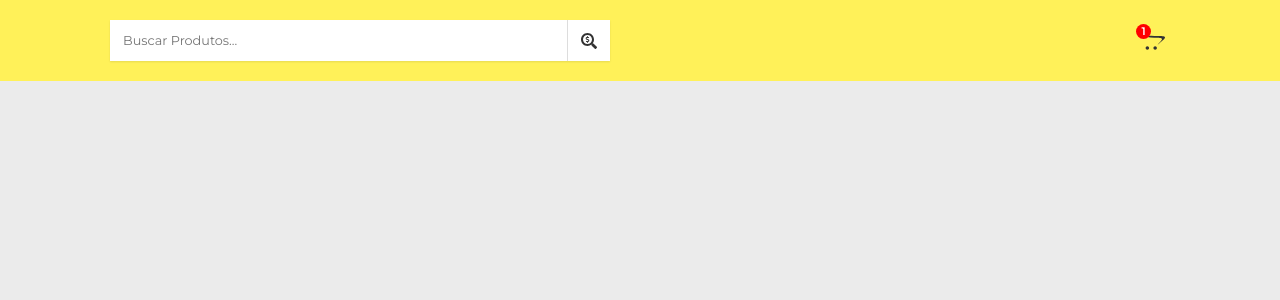
Repository: Gab23Oli/Projeto-de-Conclus-o---Shopping-Cart
Page: /
The author's editor kept a copy of each file at every save. The page is drawn from the files as they stood at one save, then again after the next save.
The browser window is 1280 px wide. The pictures show the whole page.
The page's requests for data from a server got no answer. The project was rebuilt for these pictures with package versions that can differ from the ones it lists, and the page was loaded fresh each time. No one was signed in, and anything a server would have sent is missing. Also part of the build but not shown: src/components/ProductCard/ProductCard.css, src/utils/formatCurrency.js, src/components/ProductCard/ProductCard.jsx.

Above is the page before, as saved 2024-01-26 12:30:18.

### public/index.html
<!DOCTYPE html>
<html lang="en">
  <head>
    <meta charset="utf-8" />
    <meta name="viewport" content="width=device-width, initial-scale=1" />
    <title>Shopping Cart</title>
  </head>
  <body>
    <noscript>You need to enable JavaScript to run this app.</noscript>
    <div id="root"></div>
  </body>
</html>

### src/index.css
@import url('https://fonts.googleapis.com/css2?family=Montserrat:ital,wght@0,100;0,200;0,300;0,400;0,500;0,600;0,700;0,800;0,900;1,100;1,200;1,300;1,400;1,500;1,600;1,700;1,800;1,900&display=swap');

* {
  margin: 0;
  padding: 0;
  box-sizing: border-box;
  font-family: "Montserrat", sans-serif;
}

body {
  background-color: #ebebeb ;
}

.container {
  max-width: 1100px;
  margin: 0 auto;
}

### src/App.jsx
import React from "react";
import Header from "./components/Header/Header";
import Products from "./components/Products/Products";

function App() {
  return (
    <div>
      <Header />
      <Products />
    </div>
  );
}

export default App;

### src/components/Header/Header.jsx
import React from "react";
import SearchBar from "../SearchBar/SearchBar";
import CartButton from "../CartButton/CartButton";

import "./Header.css";

function Header () {
  return (
    <header className="header">
      <div className="container">
        <SearchBar />
        <CartButton />
      </div>
    </header>
  );
}

export default Header;

### src/components/Products/Products.jsx
import React, { useState, useEffect } from "react";
import "./Products.css";
import fetchProducts from "../../api/fetchProducts";
import ProductCard from "../ProductCard/ProductCard";

function Products() {

  const [products, setProducts] = useState([]);

  useEffect(() => {
    fetchProducts("iphone").then((response) => {
      setProducts(response);
    });
  }, []);

  return (
    <section className="products container">

      {products.map((product) => <ProductCard key={product.id} data={product} />)}
    </section>

  );
}

export default Products;

### src/components/SearchBar/SearchBar.jsx
import React, { useState } from "react";
import { FaSearchDollar } from "react-icons/fa";

import "./SearchBar.css";

function SearchBar() {

  const [searchValue, setSearchValue] = useState("");

  return (
    <form className="search-bar">
      <input
        type="search"
        value={searchValue}
        placeholder="Buscar Produtos..."
        className="search__input"
        required
        onChange={({ target }) => setSearchValue(target.value) }
      />
      <button type="submit" className="search__button">
        <FaSearchDollar />
      </button>
    </form>
  );
}

export default SearchBar;

### src/components/CartButton/CartButton.jsx
import React from "react";
import { FaOpencart } from "react-icons/fa";
import "./CartButton.css";


function CartButton() {
  return (
    <button type="buttom" className="cart__button">
      <FaOpencart />
      <span className="cart-status">
        1
      </span>
    </button>
  );
}

export default CartButton;

### src/components/Header/Header.css
.header {
  background-color: #fff159;
  position: fixed;
  width: 100%;
  z-index: 1;
}

.header > div {
  display: flex;
  justify-content: space-between;
  align-items: center;
  padding: 20px;
}

### src/components/Products/Products.css
.products {
  padding: 120px 20px 50px;
  display: grid;
  grid-template-columns: repeat(auto-fill, minmax(200px, 1fr));
  gap: 20px;
}

### src/api/fetchProducts.js
const fetchProducts = async (query) => {

  const response = await fetch(`https://api.mercadolibre.com/sites/MLB/search?q=${query}`);
  const data = await response.json();

  return data.results;

};

export default fetchProducts;

### src/components/SearchBar/SearchBar.css
.search-bar {
  display: flex;
  background-color: white;
  width: 100%;
  max-width: 500px;
  justify-content: space-between;
  box-shadow: 0 1px 2px 0 rgba(0, 0, 0, 0.1);
  gap: 13px;
  padding-right: 13px;
}

.search__input {
  padding: 13px;
  flex-grow: 1;
  border:none;
  outline: none;
  font-size: 0.8rem;
  font-weight: 500px;
  border-right: 1px solid #ddd;
}

.search__button {
  background: none;
  border: none;
  font-size: 1rem;
  display: flex;
  align-items: center;
  justify-content: center;
  color:#333
}

### src/components/CartButton/CartButton.css
.cart__button {
  font-size: 1.5rem;
  display: flex;
  align-items: center;
  justify-content: center;
  padding: 5px;
  border: none;
  background: none;
  cursor: pointer;
  position: relative;
  margin-left: 28px;
  color: #333;
}

.cart-status {
  background: red;
  width: 15px;
  height: 15px;
  position: absolute;
  top: 0;
  left: 0;
  color: white;
  font-size: 11px;
  font-weight: 600;
  border-radius: 15px;
  display: flex;
  align-items: center;
  justify-content: center;
}

### src/components/Loading/Loading.jsx
import React from "react";

function Loading() {
  return (
    <div>Loading</div>
  );
}

export default Loading;

Loaded but not shown: src/index.js (common file)

After the next save:
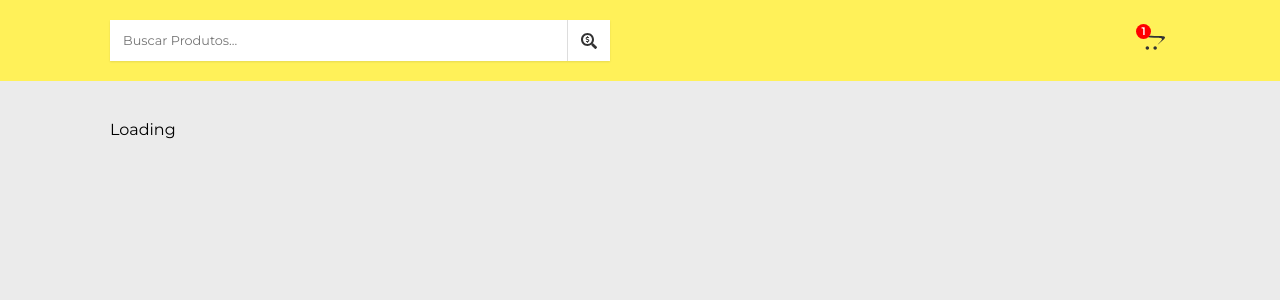
Saved 17 s later.
--- a/src/components/Products/Products.jsx
+++ b/src/components/Products/Products.jsx
@@ -2,6 +2,7 @@ import React, { useState, useEffect } from "react";
 import "./Products.css";
 import fetchProducts from "../../api/fetchProducts";
 import ProductCard from "../ProductCard/ProductCard";
+import Loading from "../Loading/Loading";
 
 function Products() {
 
@@ -15,7 +16,7 @@ function Products() {
 
   return (
     <section className="products container">
-
+      <Loading />
       {products.map((product) => <ProductCard key={product.id} data={product} />)}
     </section>
 
